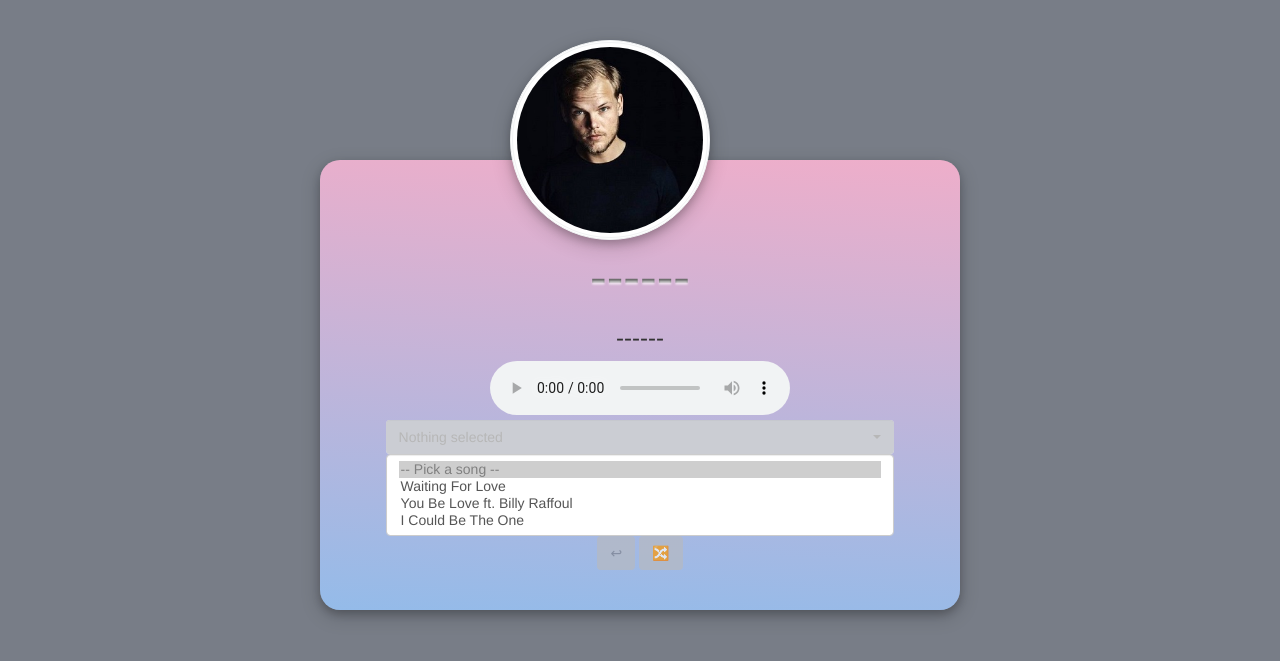
Repository: StanRodriguez/musicplayer
Page: index.html
The author's editor kept a record of every edit. The page is drawn from the files as they stood at one moment, then again after the next edit.
The browser window is 1280 px wide. The pictures show the whole page.
Some web libraries are served in a nearby version.

Above is the page before.

### index.html
<!DOCTYPE html>
<html>
<head>
    <meta charset="utf-8">
    <meta name="viewport" content="width=device-width, initial-scale=1">
	<title>Radio</title>
	<link href="https://stackpath.bootstrapcdn.com/bootstrap/4.1.3/css/bootstrap.min.css" rel="stylesheet" integrity="sha384-MCw98/SFnGE8fJT3GXwEOngsV7Zt27NXFoaoApmYm81iuXoPkFOJwJ8ERdknLPMO" crossorigin="anonymous">
    <link rel="stylesheet" href="https://cdnjs.cloudflare.com/ajax/libs/bootstrap-select/1.13.2/css/bootstrap-select.min.css">
    <link rel="stylesheet" href="css/main.css" type="text/css" />

    <link rel="stylesheet" href="https://maxcdn.bootstrapcdn.com/bootstrap/3.3.7/css/bootstrap.min.css">
  <script src="https://ajax.googleapis.com/ajax/libs/jquery/3.3.1/jquery.min.js"></script>
  <script src="https://maxcdn.bootstrapcdn.com/bootstrap/3.3.7/js/bootstrap.min.js"></script>



    <link href="https://fonts.googleapis.com/css?family=Chakra+Petch|Raleway" rel="stylesheet">
</head>
<body>
<div id="container">
    <img id="artistImage" src="" class="img-thumbnail">
    </img>
	<div class="words">
		<h1 id="song" >------</h1>
        <h3 id="artist">------</h3>
	</div>
    <audio class="audio" controls="controls" id="audio">
		<source type="audio/mpeg" src="">
	</audio>

    <!----- need to style this and add things -->
	<br>
	<div class="test">
    <select id="artists" class="form-control selectpicker" data-live-search="true">
        <!--<option value="Ariana Grade">Ariana Grande</option>-->
        <!--<option value="Ed Sheeran">Ed Sheeran</option>-->
        <!--<option value="Ariana Grade">Ariana Grande</option>-->
    </select>
    <!--<ul class="list-group">-->
    <!--    <li class="list-group-item">Waiting for Love</li>-->
    <!--    <li class="list-group-item">Cras justo odio</li>-->
    <!--</ul>-->
    <select id="songs" class="form-control">


    </select>
    <button type="button" class="btn" id="loop">&#8617;</button>

    <button type="button" class="btn" id="shuffle">&#128256;</button>

    </div>

    <!---- ############# ---->


</div>

</body>
</html>
<script
src="https://code.jquery.com/jquery-3.3.1.min.js"
integrity="sha256-FgpCb/KJQlLNfOu91ta32o/NMZxltwRo8QtmkMRdAu8="
crossorigin="anonymous"></script>
<script src="https://cdnjs.cloudflare.com/ajax/libs/popper.js/1.12.9/umd/popper.min.js" integrity="sha384-ApNbgh9B+Y1QKtv3Rn7W3mgPxhU9K/ScQsAP7hUibX39j7fakFPskvXusvfa0b4Q" crossorigin="anonymous"></script>
<script src="https://stackpath.bootstrapcdn.com/bootstrap/4.1.3/js/bootstrap.min.js" integrity="sha384-ChfqqxuZUCnJSK3+MXmPNIyE6ZbWh2IMqE241rYiqJxyMiZ6OW/JmZQ5stwEULTy" crossorigin="anonymous"></script>
<script src="https://cdnjs.cloudflare.com/ajax/libs/bootstrap-select/1.13.2/js/bootstrap-select.min.js"></script>
<script type="text/javascript" src="js/main.js"></script>

### css/main.css
* {
	outline: none
}

body {
	background: #787d87 !important;
    font-family: 'Raleway', sans-serif;
}

#container {
	position: absolute;
    /*box-sizing: border-box;*/
background: rgb(238,174,202);
background: linear-gradient(183deg, rgba(238,174,202,1) 0%, rgba(148,187,233,1) 100%);
	width: 50%;
	height: 450px;
	top: 50px;
	left: 0;
    text-align: center;
	padding: 20px 2%;
	box-shadow: 0 4px 8px 0 rgba(0, 0, 0, 0.2), 0 6px 20px 0 rgba(0, 0, 0, 0.19);
	border-radius: 20px;
	bottom: 0;
	right: 0;
	margin: auto;

}
.words{
	margin-top: 70px;
}

.words h1{
	font-size: 50px;
	margin: 0;
	color: #b6b9c1;
	background-color: #666666;
    -webkit-background-clip: text;
    background-clip: text;
    color: transparent;
    text-shadow: rgba(255,255,255,0.6) 0px 2px 2px;
}
h3 {
	font-family: 'Chakra Petch', sans-serif;
	color: #232426;
	font-size: 22px;
}

h6 {
    color: #4d4e56;
}

#artistImage {
  width: 200px;
  height: 200px;
  border: #F1F3F4 double;
  border-radius: 50%;
  position: absolute;
  right: 250px;
  bottom: 370px;
  box-shadow: 0 4px 8px 0 rgba(0, 0, 0, 0.2), 0 6px 20px 0 rgba(0, 0, 0, 0.19);
}

.test {
	padding: 0 40px;
}

.btn {
	background-color: #b6b9c1;
	opacity: 0.7;
	color: #797D87;
}

.btn:hover {
	opacity: 1;
	background-color: #FFFFFF;
	box-shadow: 1px 1px 5px white;
}

#shuffle:active,
#loop:active {
	background-color: rgba(137, 151, 183, 0.6);
}

### js/main.js
$(function() {
    const folder = "audio/";
    const ext = ".mp3";
	const singers = [
		{
	    	firstName:"Avicii",
	    	lastName:"",
	    	folder: "avicii/",
	    	pic:"images/avicii/1.jpg",
	    	songs:[
	    		"Waiting For Love","You Be Love ft. Billy Raffoul","I Could Be The One"
	    	]
		},
	    {
	    	firstName:"Bazzi",
	    	lastName:"",
	    	folder: "bazzi/",
	    	pic:"images/bazzi/1.jpg",
	    	songs:[
	    		"Beautiful feat. Camila"
	    	]
		}
	]

	class Radio{
		constructor(singers,folder,ext){
			this.singers = singers;
			this.folder = folder;
			this.ext = ext;
		}
		presentArtists(){
			// 		console.log(this.singers[0].songs[0])
			// for (let key in this.singers) {
			// 	console.log(this.singers[key].songs);
			// }
			// let singersLength = this.singers.length;
			//.attr('size',singersLength)
			$.each(this.singers,function (key, value ) {
				$('#artists').append(
					$("<option>").val(key).text(`${value.firstName} ${value.lastName}`)
				);
			});

			// console.log(this.singers[1].songs[0]);
			//\ this.changeSongList();
		}
		changeSongList(){
			//I cannot use this.singers inside the function
			let singers = this.singers;

			//when another singer is selected
			$("#artists").on("change",this.updateSongList);
		}
		updateSongList(){
			//console.log(this.singers);
			//empty the list of songs before adding them
			$("#songs").empty();

			//Grab the selected artist
			let selectedArtist = $("#artists").val();

			// console.log(singers[selectedArtist].pic);
			 $("#artistImage").attr("src",singers[selectedArtist].pic);
			//grab the songs of the selected artist
			let songs = singers[selectedArtist].songs;

			//grab the length of the song so I can set the limit of the list
			let songsLength = songs.length;
			// console.log(songs);
			// <option disabled selected value> -- select a song -- </option>
			$("#songs").append(
					$("<option>").attr("disabled","disabled").attr("selected","selected").attr("value",null).text("-- Pick a song --")
				);
			$.each(songs,function (key, value) {
				// body...
				// .attr("size",songsLength)
				$("#songs").attr("size",songsLength+1).append(
					$("<option>").val(key).text(`${value}`)
				);
			});
		}
		playSong(){
			let then = this;
			$("#songs").on("change",function () {
				// body...
				let selectedSong =$("#songs option:selected");
				let selectedArtist =$("#artists option:selected");
				let selectedArtistFolder =then.singers[selectedArtist.val()].folder;

				$("#song").text(selectedSong.text());
				$("#artist").text(selectedArtist.text());

				let audio = document.getElementById("audio");
				 //$("#player").attr("src","").play;
				audio.setAttribute("src", then.folder+selectedArtistFolder+selectedSong.text()+then.ext);
				audio.play();
			});
		}
		toggleLoop(){
			$("#loop").on("click",function() {
			    let audio = document.getElementById("audio");
				if (audio.loop) {
					audio.loop = false;
					$("#loop").removeClass("btn-primary");
				}
				else{
					audio.loop = true;
					$("#loop").addClass("btn-primary");
				}
			});
		}
		toggleShuffle(){
			let then = this;
			$("#shuffle").on("click",function() {
			     let songsLength = $("#songs option").length-1;
			     let randomIndex = Math.floor(Math.random()* songsLength);
			     //console.log(randomIndex);
			     $("#songs > option").each(function () {
			     	 console.log(randomIndex +":"+ this.value)
			     	if (randomIndex == this.value) {
			     		$("#songs").val(randomIndex);
			     		$("#songs").trigger("change");
			     		 console.log("selected!");
			     	}
			     	// console.log(index +":"+ this.value);
			     });
			});

		}
	}


	let radio = new Radio(singers,folder,ext);
	radio.presentArtists();
	radio.updateSongList();
	radio.changeSongList();
	radio.playSong();
	radio.toggleLoop();
	radio.toggleShuffle();
});

After the next edit:
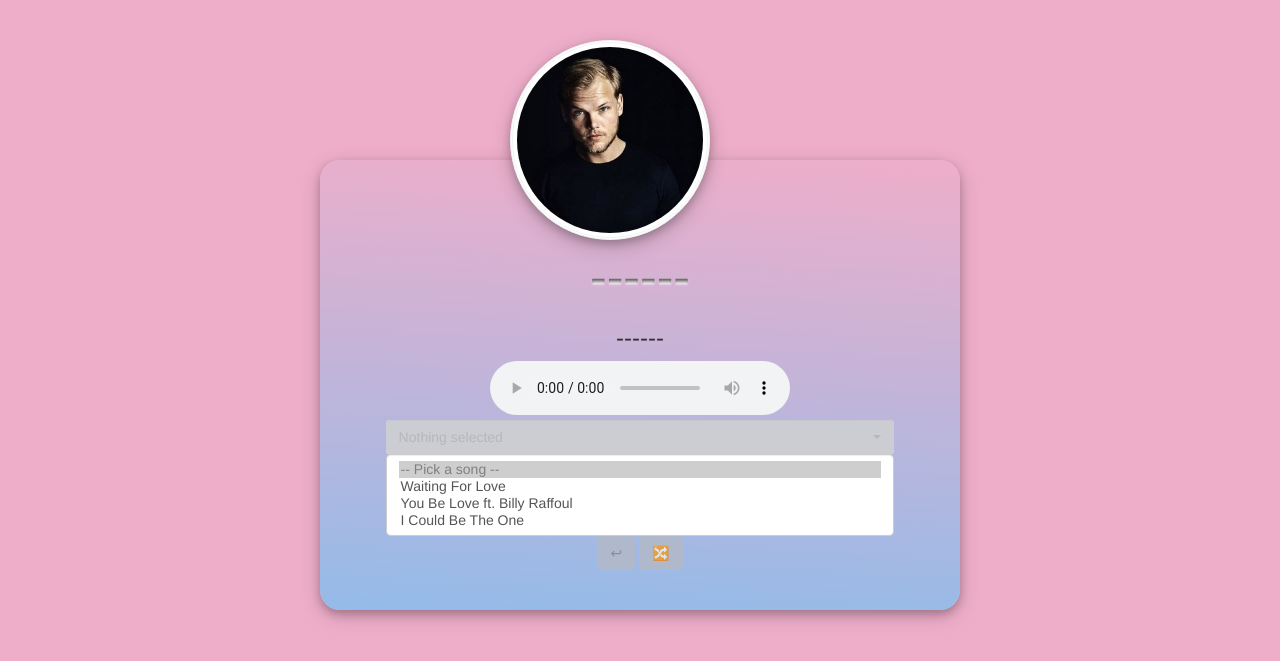
The edit:
--- a/css/main.css
+++ b/css/main.css
@@ -3,7 +3,8 @@
 }
 
 body {
-	background: #787d87 !important;
+	background: rgb(238,174,202) !important;
+background: linear-gradient(183deg, rgba(238,174,202,1) 0%, rgba(148,187,233,1) 100%);
     font-family: 'Raleway', sans-serif;
 }
 
